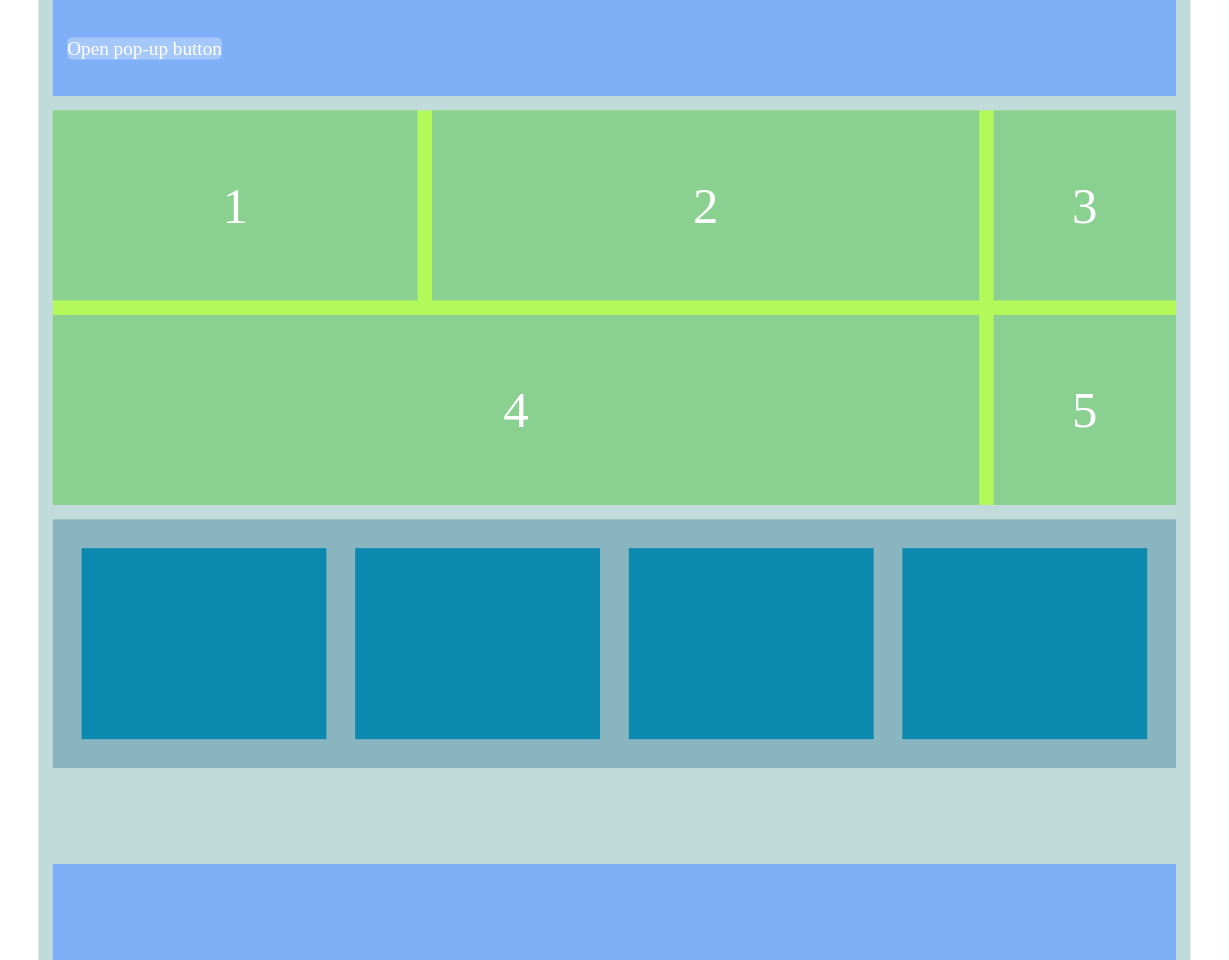
Repository: Evgenius190999999/nodasoft
Page: index.html
The author's editor kept a copy of each file at every save. The page is drawn from the files as they stood at one save, then again after the next save.
The browser window is 1280 px wide. The pictures show the whole page, at 96% of full size.
Some web libraries are served in a nearby version. The style sheet was rebuilt from its Sass, Less or Tailwind sources for each picture, by a compiler version that may differ from the author's.

Above is the page before, as saved 2022-07-08 18:59:53.

### index.html
<!DOCTYPE html>
<html lang="en">

<head>
    <meta charset="UTF-8">
    <meta http-equiv="X-UA-Compatible" content="IE=edge">
    <meta name="viewport" content="width=device-width, initial-scale=1.0">
    <link rel="stylesheet" href="./style/normalize.css">
    <link rel="stylesheet" href="./style/reset.css">
    <link rel="stylesheet" href="./style/style.css">
    <script src="https://kit.fontawesome.com/33ab42410f.js" crossorigin="anonymous"></script>
    <title>Nodasoft</title>
</head>

<body>
    <div class="wrapper">
        <header class="header container">
            <a class="open__popup" href="#pop_up">Open pop-up button</a>
        </header>
        <div class="main__block container">
            <div class="div__1">1</div>
            <div class="div__2">2</div>
            <div class="div__3">3</div>
            <div class="div__4">4</div>
            <div class="div__5">5</div>
        </div>
        <div class="second__block container">
            <div class="div1"> </div>
            <div class="div2"> </div>
            <div class="div3"> </div>
            <div class="div4"> </div>
        </div>
        <footer class="footer container"></footer>
    </div>
    <div class="popup" id="pop_up">
        <a class="popup__close" href="#">X</a>
        <h2 class="popup__text">Pop-up</h2>
    </div>
</body>

</html>

### style/sass/style.sass

*, *::after, *::before
    box-sizing: border-box

.wrapper
    max-width: 1200px
    margin: 0 auto
    background: #C0DBD9

.header
    display: flex
    align-items: center
    justify-content: flex-start
    padding: 0 15px
    background: #7FAFF7
    height: 100px

.container
    max-width: 1170px
    margin: 0 auto

.open__popup
    display: block
    background: #A5C7F9
    border-radius: 5px
    border: none
    font-size: 20px
    line-height: 23px
    color: #FFFFFF
    cursor: pointer
    text-decoration: none
    transition: all 0.3s ease-in-out
    &:hover
        background: #1e3d6b

.main__block
    display: grid
    grid-template-columns: 2fr 3fr 1fr
    grid-template-rows: repeat(2, 1fr)
    gap: 15px
    background: #B3F95A
    font-size: 53px
    color: #FFFFFF
    margin: 15px auto
    div
        height: 198px
        background: #8AD191
        display: flex
        align-items: center
        justify-content: center

.div__1
    grid-area: 1 / 1 / 2 / 2
.div__2
    grid-area: 1 / 2 / 2 / 3
.div__3
    grid-area: 1 / 3 / 2 / 4
.div__4
    grid-area: 2 / 1 / 3 / 3
.div__5
    grid-area: 2 / 3 / 3 / 4

.second__block
    display: flex
    background: #88B5BF
    margin-bottom: 100px
    div
        padding-top: 17%
        background: #0D89B0
        margin: 30px 15px 30px 15px
        max-width: 255px
        width: 100%
        &:first-child
            margin-left: 30px
        &:last-child
            margin-right: 30px

.footer
    background: #7FAFF7
    height: 100px

.popup
    display: none
    position: absolute
    width: 400px
    height: 400px
    background: #FFFFFF
    top: 50%
    left: 50%
    transform: translate(-50%, -50%)
    z-index: 100
    border-radius: 10px
    transition: all 0.3s
    text-align: center
    &:target
        display: block

    &__close
        position: absolute
        top: 15px
        right: 15px
        font-size: 20px
        color: #FFFFFF
        padding: 8px 15px
        background: #7FAFF6
        border-radius: 5px
        text-decoration: none
        transition: all 0.3s ease-in-out
        &:hover
            background: #1e3d6b

    &__text
        margin-top: 170px
        font-size: 53px
        line-height: 62px
        color: #000000

Loaded but not shown: style/normalize.css (library); style/reset.css (common file)

After the next save:
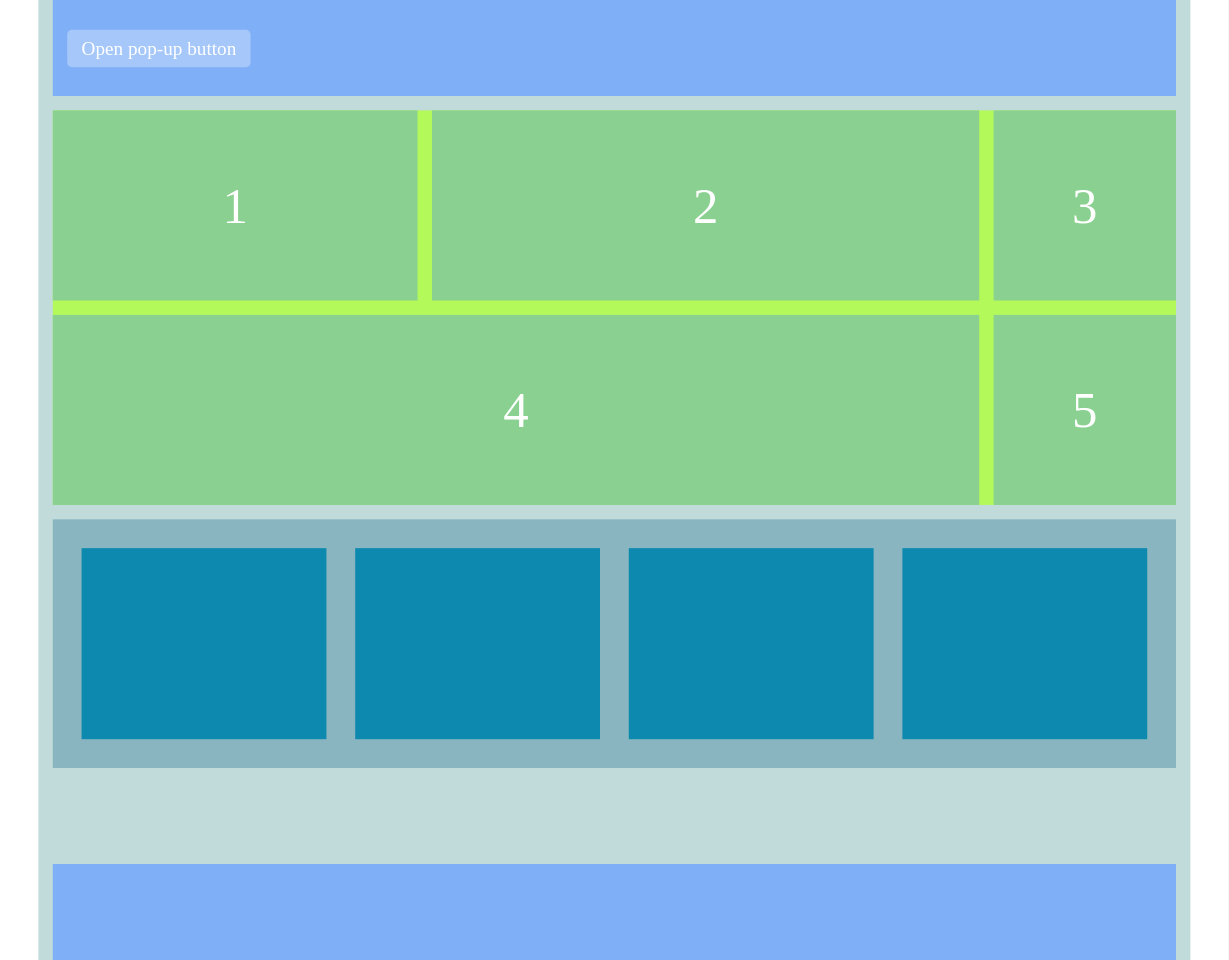
Saved 25 s later.
--- a/style/sass/style.sass
+++ b/style/sass/style.sass
@@ -30,6 +30,7 @@
     cursor: pointer
     text-decoration: none
     transition: all 0.3s ease-in-out
+    padding: 8px 15px
     &:hover
         background: #1e3d6b
 
